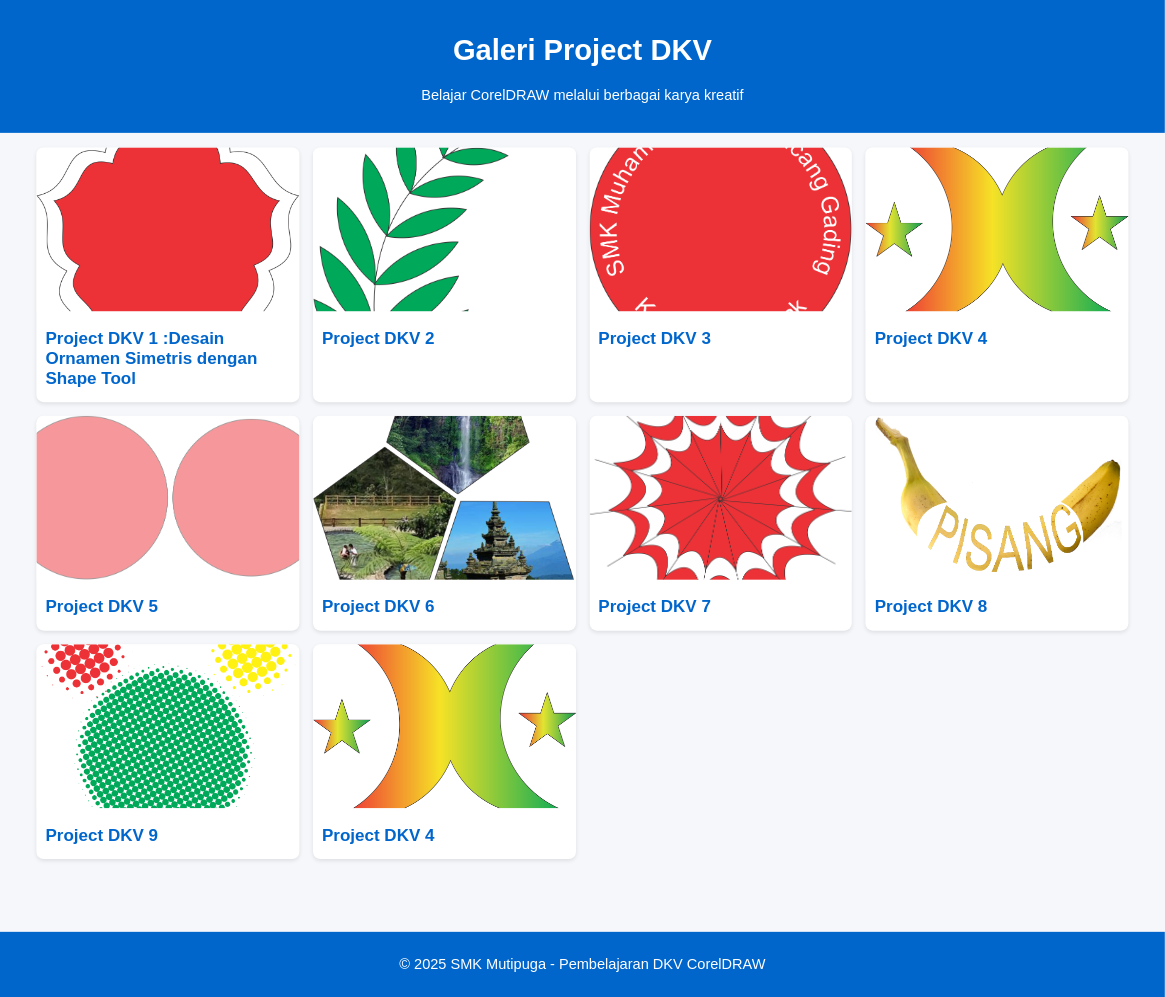
Repository: ppdbsmkmutipuga/galeriprojectdkvsmkmutipuga
Page: index.html
An editor plug-in stored every save of this project. The page is shown before and after the next save, followed by the edit.
The browser window is 1280 px wide. The pictures show the whole page, at 91% of full size.

Above is the page before, as saved 2025-08-14 02:59:48.
Console error: TypeError: Cannot read properties of null (reading 'addEventListener')

### index.html
<!DOCTYPE html>
<html lang="id">

<head>
    <meta charset="UTF-8">
    <meta name="viewport" content="width=device-width, initial-scale=1.0">
    <title>Galeri Project DKV CorelDRAW</title>
    <link rel="stylesheet" href="styles.css">
</head>

<body>

    <header>
        <h1>Galeri Project DKV</h1>
        <p>Belajar CorelDRAW melalui berbagai karya kreatif</p>
    </header>

    <main>
        <section class="grid-container" id="projectGrid">
            <!-- Card project akan dimasukkan lewat JavaScript -->
        </section>
    </main>

    <footer>
        <p>&copy; 2025 SMK Mutipuga - Pembelajaran DKV CorelDRAW</p>
    </footer>

    <!-- Modal -->
    <!-- Modal -->
    <div id="modal" class="modal">
        <div class="modal-content">
            <span class="close-btn">&times;</span>
            <img id="modalImage" src="" alt="Project">
            <h2 id="modalTitle"></h2>
            <div class="modal-scroll">
                <h4>Yang Dipelajari:</h4>
                <ul id="modalBelajar"></ul>
                <p id="modalTujuan"></p>
            </div>
        </div>
    </div>


    <script src="script.js"></script>
</body>

</html>

### styles.css
body {
    font-family: Arial, sans-serif;
    margin: 0;
    background: #f5f7fa;
    color: #333;
}

header {
    background: #0066cc;
    color: white;
    text-align: center;
    padding: 1rem;
}

main {
    max-width: 1200px;
    margin: auto;
    padding: 1rem;
}

.grid-container {
    display: grid;
    grid-template-columns: repeat(auto-fit, minmax(250px, 1fr));
    gap: 15px;
    margin-bottom: 2rem;
}

.project-card {
    background: white;
    border-radius: 8px;
    overflow: hidden;
    box-shadow: 0 2px 5px rgba(0, 0, 0, 0.1);
    cursor: pointer;
    transition: transform 0.2s;
}

.project-card:hover {
    transform: scale(1.03);
}

.project-card img {
    width: 100%;
    height: 180px;
    object-fit: cover;
}

.project-info {
    padding: 10px;
}

.project-info h3 {
    margin: 5px 0;
    color: #0066cc;
}

footer {
    background: #0066cc;
    color: white;
    text-align: center;
    padding: 0.7rem;
    margin-top: 2rem;
}

/* Modal Style */
/* Modal background */
.modal {
    display: none;
    position: fixed;
    z-index: 1000;
    left: 0;
    top: 0;
    width: 100%;
    height: 100%;
    background-color: rgba(0, 0, 0, 0.7);
}

/* Modal box */
.modal-content {
    background: white;
    margin: 50px auto;
    padding: 15px;
    border-radius: 8px;
    width: 80%;
    max-width: 800px;
    max-height: 90vh;
    /* Biar nggak melebihi layar */
    overflow: hidden;
    /* Scroll hanya di area dalam */
    display: flex;
    flex-direction: column;
}

/* Scrollable area */
.modal-scroll {
    flex: 1;
    overflow: auto;
    /* Scroll muncul kalau konten panjang */
    margin-top: 10px;
    padding: 10px;
    border-top: 1px solid #ccc;
}

/* Biar bisa scroll kanan kiri juga */
.modal-scroll ul,
.modal-scroll p {
    min-width: 600px;
    /* Kalau mau horizontal scroll */
}

/* Gambar di modal */
.modal-content img {
    max-height: 300px;
    object-fit: contain;
    width: 100%;
}

/* Tombol close */
.close-btn {
    position: absolute;
    top: 15px;
    right: 20px;
    font-size: 28px;
    font-weight: bold;
    cursor: pointer;
}

### script.js
// Data project (setiap project punya data berbeda)
const projects = [
    {
        title: "Project DKV 1 :Desain Ornamen Simetris dengan Shape Tool",
        image: "images/project01dkv.png",
        belajar: [
            "Menggunakan Layout Page untuk brosur",
            "Memanfaatkan Color Palette untuk tema warna",
            "Mengatur tipografi dan hierarki teks",
            "Menambahkan gambar dan ikon pendukung"
        ],
        tujuan: "Mampu membuat brosur informatif dan menarik dengan komposisi visual yang seimbang."
    },
    {
        title: "Project DKV 2",
        image: "images/project02dkv.png",
        belajar: [
            "Menggunakan Shape Tool untuk membentuk ikon",
            "Memanfaatkan kurva Bézier untuk detail logo",
            "Pengaturan warna dan gradasi",
            "Export logo dengan latar transparan"
        ],
        tujuan: "Menguasai pembuatan logo sederhana yang mewakili identitas organisasi."
    },
    {
        title: "Project DKV 3",
        image: "images/project03dkv.png",
        belajar: [
            "Menentukan layout poster vertikal",
            "Mengatur teks headline dan subheadline",
            "Menggunakan gambar dengan efek transparansi",
            "Memadukan warna untuk kesan energik"
        ],
        tujuan: "Mampu membuat poster yang komunikatif dan menarik perhatian audiens."
    },
    {
        title: "Project DKV 4",
        image: "images/project04dkv.png",
        belajar: [
            "Menentukan layout poster vertikal",
            "Mengatur teks headline dan subheadline",
            "Menggunakan gambar dengan efek transparansi",
            "Memadukan warna untuk kesan energik"
        ],
        tujuan: "Mampu membuat poster yang komunikatif dan menarik perhatian audiens."
    },
    {
        title: "Project DKV 5",
        image: "images/project05dkv.png",
        belajar: [
            "Menentukan layout poster vertikal",
            "Mengatur teks headline dan subheadline",
            "Menggunakan gambar dengan efek transparansi",
            "Memadukan warna untuk kesan energik"
        ],
        tujuan: "Mampu membuat poster yang komunikatif dan menarik perhatian audiens."
    },
    {
        title: "Project DKV 6",
        image: "images/project06dkv.png",
        belajar: [
            "Menentukan layout poster vertikal",
            "Mengatur teks headline dan subheadline",
            "Menggunakan gambar dengan efek transparansi",
            "Memadukan warna untuk kesan energik"
        ],
        tujuan: "Mampu membuat poster yang komunikatif dan menarik perhatian audiens."
    },
    {
        title: "Project DKV 7",
        image: "images/project07dkv.png",
        belajar: [
            "Menentukan layout poster vertikal",
            "Mengatur teks headline dan subheadline",
            "Menggunakan gambar dengan efek transparansi",
            "Memadukan warna untuk kesan energik"
        ],
        tujuan: "Mampu membuat poster yang komunikatif dan menarik perhatian audiens."
    },
    {
        title: "Project DKV 8",
        image: "images/project08dkv.png",
        belajar: [
            "Menentukan layout poster vertikal",
            "Mengatur teks headline dan subheadline",
            "Menggunakan gambar dengan efek transparansi",
            "Memadukan warna untuk kesan energik"
        ],
        tujuan: "Mampu membuat poster yang komunikatif dan menarik perhatian audiens."
    },
    {
        title: "Project DKV 9",
        image: "images/project09dkv.png",
        belajar: [
            "Menentukan layout poster vertikal",
            "Mengatur teks headline dan subheadline",
            "Menggunakan gambar dengan efek transparansi",
            "Memadukan warna untuk kesan energik"
        ],
        tujuan: "Mampu membuat poster yang komunikatif dan menarik perhatian audiens."
    },
    {
        title: "Project DKV 4",
        image: "images/project04dkv.png",
        belajar: [
            "Menentukan layout poster vertikal",
            "Mengatur teks headline dan subheadline",
            "Menggunakan gambar dengan efek transparansi",
            "Memadukan warna untuk kesan energik"
        ],
        tujuan: "Mampu membuat poster yang komunikatif dan menarik perhatian audiens."
    },
];

// Tampilkan grid
const projectGrid = document.getElementById("projectGrid");
projects.forEach((proj, index) => {
    const card = document.createElement("div");
    card.classList.add("project-card");

    card.innerHTML = `
        <img src="${proj.image}" alt="${proj.title}">
        <div class="project-info">
            <h3>${proj.title}</h3>
        </div>
    `;

    // Klik untuk buka modal
    card.addEventListener("click", () => openModal(index));
    projectGrid.appendChild(card);
});

// Modal logic
const modal = document.getElementById("modal");
const modalImage = document.getElementById("modalImage");
const modalTitle = document.getElementById("modalTitle");
const modalBelajar = document.getElementById("modalBelajar");
const modalTujuan = document.getElementById("modalTujuan");
const closeBtn = document.querySelector(".close-btn");

function openModal(index) {
    const proj = projects[index];
    modalImage.src = proj.image;
    modalTitle.textContent = proj.title;
    modalBelajar.innerHTML = proj.belajar.map(item => `<li>${item}</li>`).join("");
    modalTujuan.textContent = `Tujuan: ${proj.tujuan}`;
    modal.style.display = "block";
}

closeBtn.addEventListener("click", () => {
    modal.style.display = "none";
});

window.addEventListener("click", (e) => {
    if (e.target === modal) modal.style.display = "none";
});

// Form interaktif
document.getElementById("feedbackForm").addEventListener("submit", function (event) {
    event.preventDefault();
    let nama = document.getElementById("nama").value;
    let kelas = document.getElementById("kelas").value;
    let komentar = document.getElementById("komentar").value;

    alert(`Terima kasih, ${nama} dari kelas ${kelas}!\nKomentar kamu: "${komentar}" telah kami terima.`);
    this.reset();
});

After the next save:
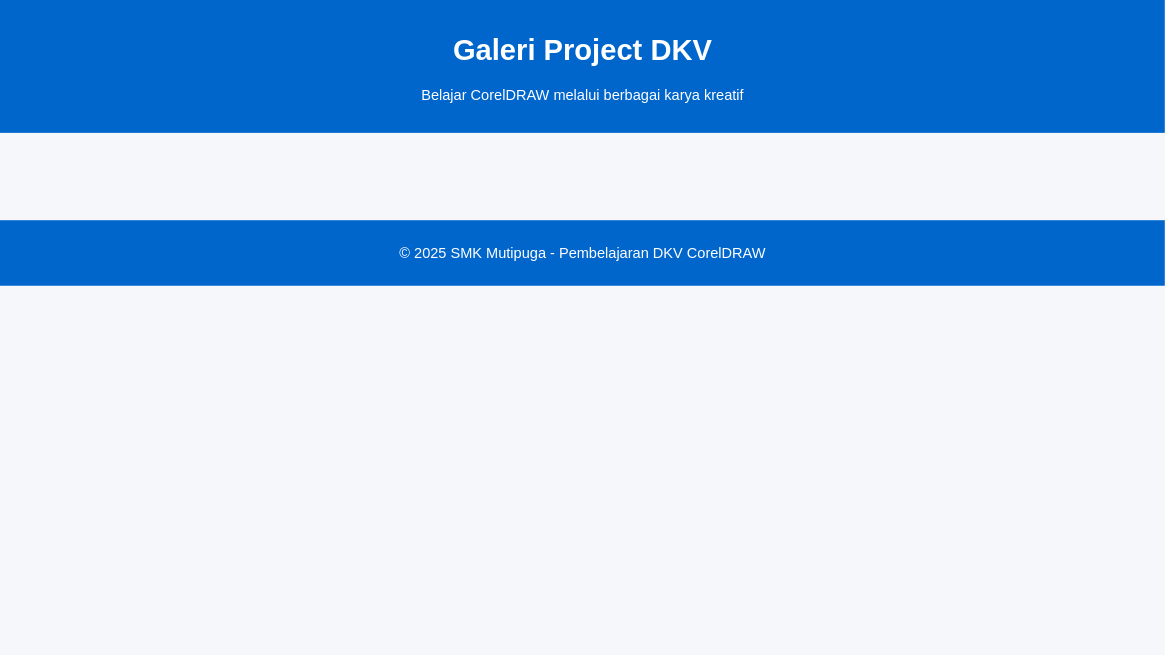
Console error: SyntaxError: Unexpected identifier 'Shape'
Saved 21 s later.
--- a/script.js
+++ b/script.js
@@ -4,10 +4,15 @@
         title: "Project DKV 1 :Desain Ornamen Simetris dengan Shape Tool",
         image: "images/project01dkv.png",
         belajar: [
-            "Menggunakan Layout Page untuk brosur",
-            "Memanfaatkan Color Palette untuk tema warna",
-            "Mengatur tipografi dan hierarki teks",
-            "Menambahkan gambar dan ikon pendukung"
+            Menggunakan Shape Tool untuk mengedit node dan membentuk objek.
+
+Mengubah garis menjadi kurva dengan fitur To Curve.
+
+Mengatur urutan objek dengan Order to Back Layer.
+
+Menerapkan prinsip keseimbangan dan simetri dalam desain.
+
+Mengatur warna dan lapisan untuk menghasilkan tampilan yang menarik.
         ],
         tujuan: "Mampu membuat brosur informatif dan menarik dengan komposisi visual yang seimbang."
     },
